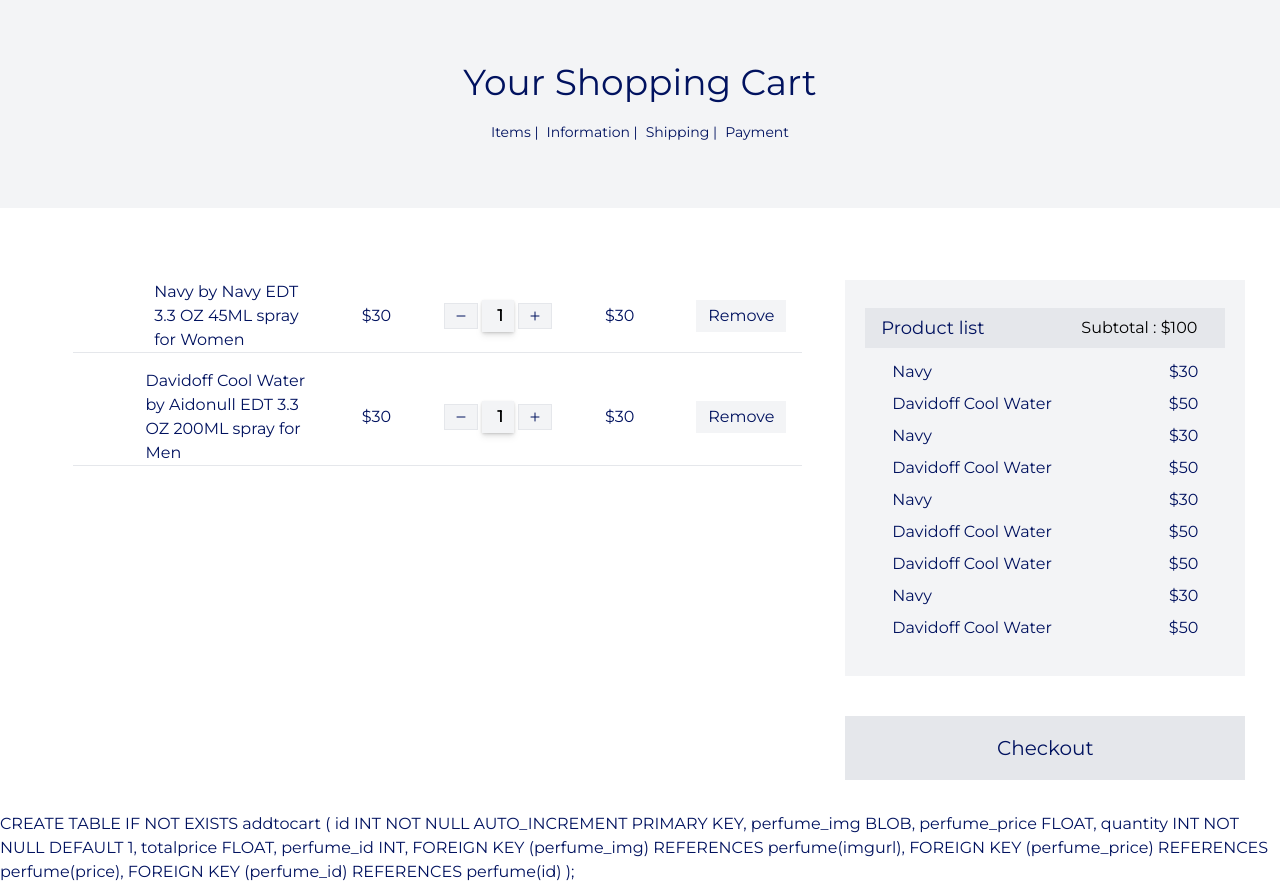
Repository: hsumyatm7308/ecommerce-small-shopping
Page: http://localhost/mvcshop/shopcartpage.php
These files come from the project's save history. The page is drawn as it stood at one moment and after a run of saves; the edit follows.
The browser window is 1280 px wide. The pictures show the whole page.
Some web libraries are served in a nearby version. The page is run by PHP 8.4 with error messages shown; the project is at /var/www/html/. Queries for data that is not in the repository find no rows.

Above is the page before, as saved 2023-08-11 01:39:36.

After the next 2 saves:
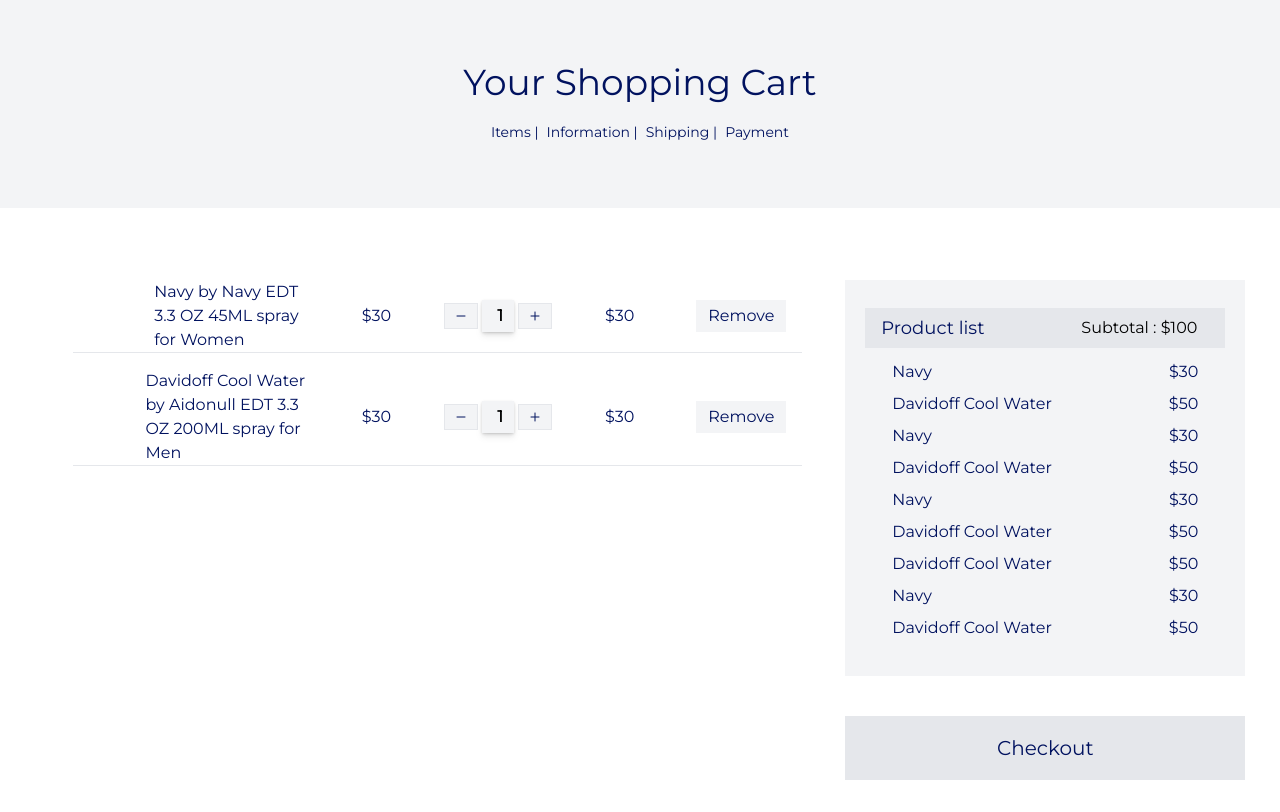
The 2 saves are shown as one change because they came seconds apart.
The last was saved 4 min 5 s later.
--- a/shopcartpage.php
+++ b/shopcartpage.php
@@ -253,14 +253,13 @@
 
 )
 -->
-CREATE TABLE IF NOT EXISTS addtocart (
+<!-- CREATE TABLE IF NOT EXISTS addtocart (
     id INT NOT NULL AUTO_INCREMENT PRIMARY KEY,
-    perfume_img BLOB,
-    perfume_price FLOAT,
+    perfumeimg BLOB,
+    perfumename VARCHAR(255),
+    perfumeprice FLOAT,
     quantity INT NOT NULL DEFAULT 1,
     totalprice FLOAT,
     perfume_id INT,
-    FOREIGN KEY (perfume_img) REFERENCES perfume(imgurl),
-    FOREIGN KEY (perfume_price) REFERENCES perfume(price),
     FOREIGN KEY (perfume_id) REFERENCES perfume(id)
-);
+); -->
